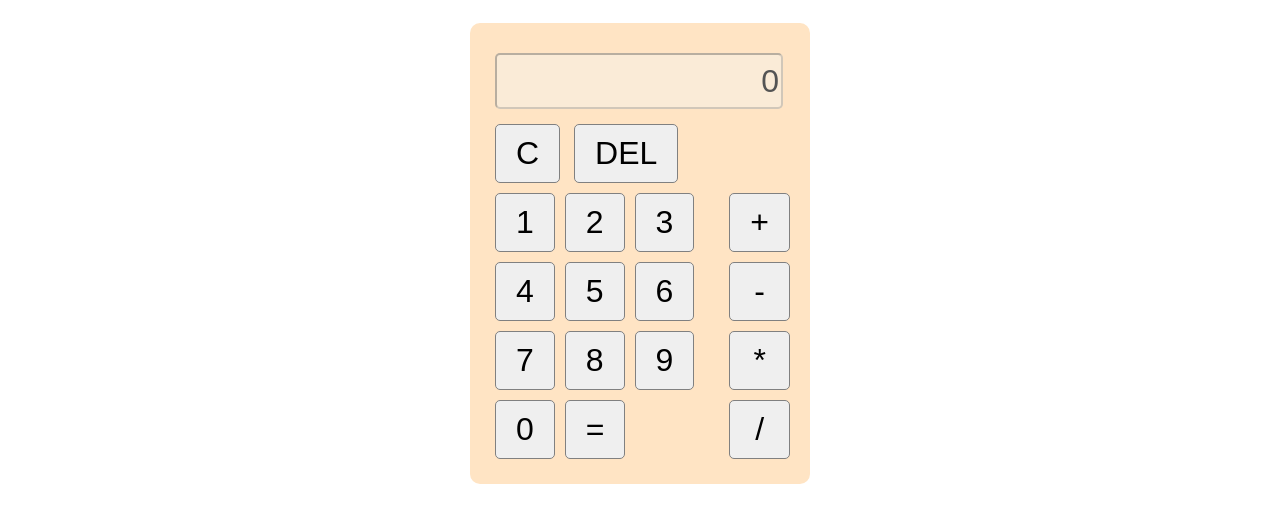
Repository: jaskeat/Calculator
Page: index.html
An editor plug-in stored every save of this project. The page is shown before and after the next save, followed by the edit.
The browser window is 1280 px wide. The pictures show the whole page.

Above is the page before, as saved 2024-09-05 13:24:16.

After the next save:
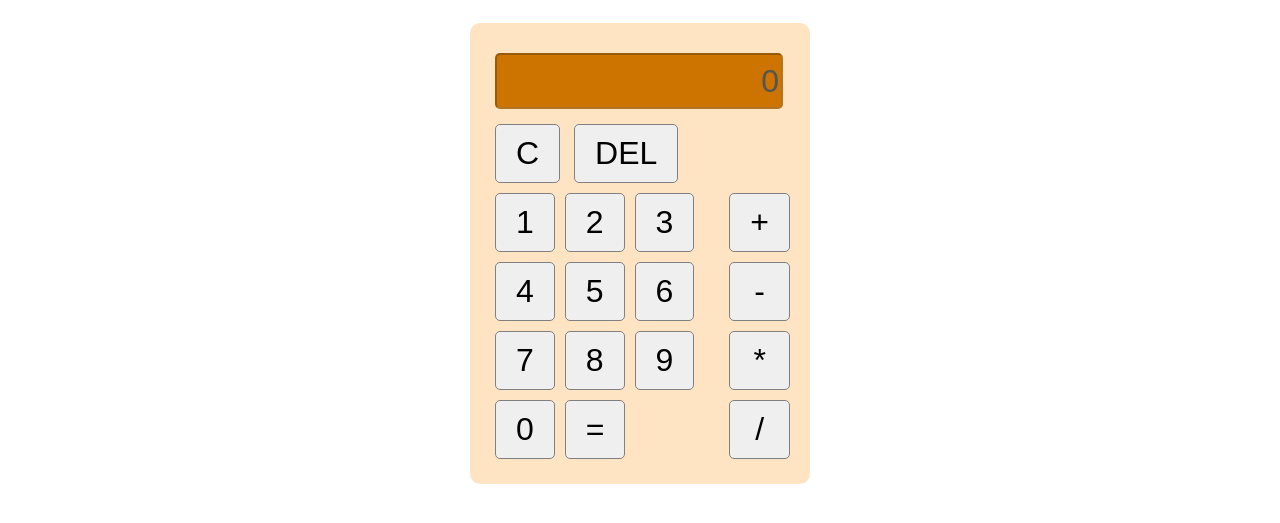
Saved 7 s later.
--- a/style.css
+++ b/style.css
@@ -32,7 +32,7 @@ input {
 	text-align: right;
 	border-radius: 5px;
 	margin: 10px 5px;
-	background-color: antiquewhite;
+	background-color: rgb(205, 116, 0);
 }
 
 .operators {
